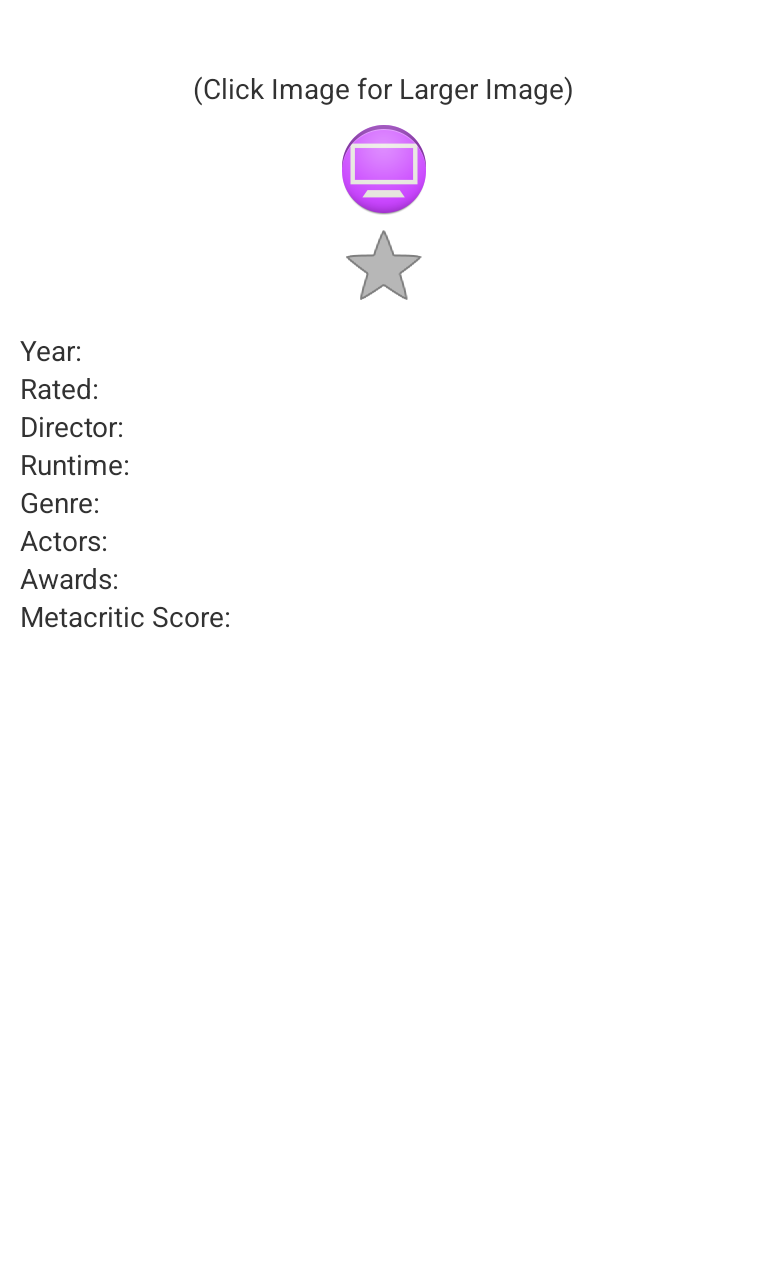
Repository: laurenelder/Java2_Elder
Layout: MovieLookup/res/layout/detail_layout.xml
The author's editor kept a copy of each file at every save. The layout is drawn from the files as they stood at one save, then again after the next save.
It is drawn on a 768 x 1280 px phone screen (xhdpi) without system bars, with theme AppTheme; the app's code is not run.

Above is the layout before, as saved 2014-07-17 17:46:32.

### MovieLookup/res/layout/detail_layout.xml
<?xml version="1.0" encoding="utf-8"?>

<ScrollView xmlns:android="http://schemas.android.com/apk/res/android"
    android:layout_width="match_parent"
    android:layout_height="match_parent">

<LinearLayout
    android:layout_width="match_parent"
    android:layout_height="wrap_content"
    android:orientation="vertical" >

    <TextView
        android:id="@+id/movieTitle"
        android:layout_width="wrap_content"
        android:layout_height="wrap_content"
        android:layout_gravity="center"
        android:gravity="center"
        android:layout_marginTop="5dp"
        android:text=""
        android:textAppearance="?android:attr/textAppearanceLarge" />

    <TextView
        android:id="@+id/imageHint"
        android:layout_width="wrap_content"
        android:layout_height="wrap_content"
        android:layout_gravity="center"
        android:gravity="center"
        android:layout_marginTop="0dp"
        android:text="@string/image_hint"
        android:textAppearance="?android:attr/textAppearanceSmall" />

    <ImageView
        android:id="@+id/movieImage"
        android:layout_width="wrap_content"
        android:layout_height="wrap_content"
        android:layout_gravity="center"
        android:layout_marginTop="7dp"
        android:src="@drawable/ic_launcher"
        android:clickable="true"
        android:contentDescription="@string/image_desciption" />

    <RatingBar
	    android:id="@+id/ratingBar"
	    android:layout_width="wrap_content"
	    android:layout_height="wrap_content"
	    android:layout_gravity="center"
        android:numStars="1"
	    android:stepSize="1.0"
	    android:rating="0.0" />

    <RelativeLayout
        android:layout_width="match_parent"
        android:layout_height="wrap_content"
        android:layout_marginTop="0dp" >

        <TextView
            android:id="@+id/yearLabel"
            android:layout_width="wrap_content"
            android:layout_height="wrap_content"
            android:layout_marginLeft="10dp"
            android:layout_alignParentLeft="true"
            android:layout_alignParentTop="true"
            android:text="@string/year_str" />

        <TextView
            android:id="@+id/movieYear"
            android:layout_width="220dp"
            android:layout_height="wrap_content"
            android:layout_marginRight="10dp"
            android:layout_alignParentRight="true"
            android:layout_alignParentTop="true"
            android:text="" />

    </RelativeLayout>

    <RelativeLayout
        android:layout_width="match_parent"
        android:layout_height="wrap_content"
        android:layout_marginTop="0dp" >

        <TextView
            android:id="@+id/ratingLabel"
            android:layout_width="wrap_content"
            android:layout_height="wrap_content"
            android:layout_marginLeft="10dp"
            android:layout_alignParentLeft="true"
            android:layout_alignParentTop="true"
            android:text="@string/rated_str" />

        <TextView
            android:id="@+id/movieRating"
            android:layout_width="220dp"
            android:layout_height="wrap_content"
            android:layout_marginRight="10dp"
            android:layout_alignParentRight="true"
            android:layout_alignParentTop="true"
            android:text="" />

    </RelativeLayout>

    <RelativeLayout
        android:layout_width="match_parent"
        android:layout_height="wrap_content"
        android:layout_marginTop="0dp" >

        <TextView
            android:id="@+id/directorLabel"
            android:layout_width="wrap_content"
            android:layout_height="wrap_content"
            android:layout_marginLeft="10dp"
            android:layout_alignParentLeft="true"
            android:layout_alignParentTop="true"
            android:text="@string/director_str" />

        <TextView
            android:id="@+id/movieDirector"
            android:layout_width="220dp"
            android:layout_height="wrap_content"
            android:layout_marginRight="10dp"
            android:layout_alignParentRight="true"
            android:layout_alignParentTop="true"
            android:text="" />

    </RelativeLayout>

    <RelativeLayout
        android:layout_width="match_parent"
        android:layout_height="wrap_content"
        android:layout_marginTop="0dp" >

        <TextView
            android:id="@+id/runtimeLabel"
            android:layout_width="wrap_content"
            android:layout_height="wrap_content"
            android:layout_marginLeft="10dp"
            android:layout_alignParentLeft="true"
            android:layout_alignParentTop="true"
            android:text="@string/runtime_str" />

        <TextView
            android:id="@+id/movieRuntime"
            android:layout_width="220dp"
            android:layout_height="wrap_content"
            android:layout_marginRight="10dp"
            android:layout_alignParentRight="true"
            android:layout_alignParentTop="true"
            android:text="" />

    </RelativeLayout>

    <RelativeLayout
        android:layout_width="match_parent"
        android:layout_height="wrap_content"
        android:layout_marginTop="0dp" >

        <TextView
            android:id="@+id/genreLabel"
            android:layout_width="wrap_content"
            android:layout_height="wrap_content"
            android:layout_marginLeft="10dp"
            android:layout_alignParentLeft="true"
            android:layout_alignParentTop="true"
            android:text="@string/genre_str" />

        <TextView
            android:id="@+id/movieGenre"
            android:layout_width="220dp"
            android:layout_height="wrap_content"
            android:layout_marginRight="10dp"
            android:layout_alignParentRight="true"
            android:layout_alignParentTop="true"
            android:text="" />

    </RelativeLayout>

    <RelativeLayout
        android:layout_width="match_parent"
        android:layout_height="wrap_content"
        android:layout_marginTop="0dp" >

        <TextView
            android:id="@+id/actorLabel"
            android:layout_width="wrap_content"
            android:layout_height="wrap_content"
            android:layout_marginLeft="10dp"
            android:layout_alignParentLeft="true"
            android:layout_alignParentTop="true"
            android:text="@string/actor_str" />

        <TextView
            android:id="@+id/movieActor"
            android:layout_width="220dp"
            android:layout_height="wrap_content"
            android:layout_marginRight="10dp"
            android:layout_alignParentRight="true"
            android:layout_alignParentTop="true"
            android:text="" />

    </RelativeLayout>

    <RelativeLayout
        android:layout_width="match_parent"
        android:layout_height="wrap_content"
        android:layout_marginTop="0dp" >

        <TextView
            android:id="@+id/awardsLabel"
            android:layout_width="wrap_content"
            android:layout_height="wrap_content"
            android:layout_marginLeft="10dp"
            android:layout_alignParentLeft="true"
            android:layout_alignParentTop="true"
            android:text="@string/awards_str" />

        <TextView
            android:id="@+id/movieAwards"
            android:layout_width="220dp"
            android:layout_height="wrap_content"
            android:layout_marginRight="10dp"
            android:layout_alignParentRight="true"
            android:layout_alignParentTop="true"
            android:text="" />

    </RelativeLayout>

    <RelativeLayout
        android:layout_width="match_parent"
        android:layout_height="wrap_content"
        android:layout_marginTop="0dp" >

        <TextView
            android:id="@+id/scoreLabel"
            android:layout_width="wrap_content"
            android:layout_height="wrap_content"
            android:layout_marginLeft="10dp"
            android:layout_alignParentLeft="true"
            android:layout_alignParentTop="true"
            android:text="@string/score_str" />

        <TextView
            android:id="@+id/movieScore"
            android:layout_width="220dp"
            android:layout_height="wrap_content"
            android:layout_marginRight="10dp"
            android:layout_alignParentRight="true"
            android:layout_alignParentTop="true"
            android:text="" />

    </RelativeLayout>

    <TextView
        android:id="@+id/moviePlot"
        android:layout_width="wrap_content"
        android:layout_height="wrap_content"
        android:layout_marginTop="7dp"
        android:layout_marginRight="10dp"
        android:layout_marginLeft="10dp"
        android:layout_gravity="center"
        android:gravity="center"
        android:text="" />

</LinearLayout>

</ScrollView>

### MovieLookup/res/values/strings.xml
<?xml version="1.0" encoding="utf-8"?>

<!-- MovieLookup -->
<!-- com.laurenelder.movielookup -->
<!-- Devin "Lauren" Elder -->
<!-- Jul 9, 2014 -->
<!-- Java 2 Term 1407 -->

<resources>

    <string name="app_name">Movie Lookup</string>
    <string name="hello_world">Hello world!</string>
    <string name="action_settings">Settings</string>
    <string name="title_text">Search to find all the information on your favorite movies!</string>
    <string name="button_text">Find!</string>
    <string name="search_hint">Star Trek</string>
    <string name="main_api">http://www.omdbapi.com/?s=Star%20Trek_r=JSON</string>
    <string name="pre_detail_api">http://www.omdbapi.com/?i=</string>
    <string name="post_detail_api">_r=JSON</string>
    <string name="input_notification">Please enter a movie you would like to search for.</string>
    <string name="connection_notification">Connection Error: Please check to make sure you have an internet connection.</string>
    <string name="searching_notification">We are searching for your movie</string>
    <string name="details_notification">We are finding the details for your movie</string>
    <string name="file_name">apiJSONdata.txt</string>
    <string name="detail_file_name">.txt</string>
    <string name="n_a">Not Applicable</string>
    <string name="year_str">Year:</string>
    <string name="rated_str">Rated:</string>
    <string name="released_str">Date Released:</string>
    <string name="runtime_str">Runtime:</string>
    <string name="genre_str">Genre:</string>
    <string name="director_str">Director:</string>
    <string name="actor_str">Actors:</string>
    <string name="awards_str">Awards:</string>
    <string name="score_str">Metacritic Score:</string>
    <string name="image_hint">(Click Image for Larger Image)</string>
    <string name="image_desciption">Movie Poster</string>

</resources>

Loaded but not shown: MovieLookup/res/values/styles.xml (common file); MovieLookup/res/values-v11/styles.xml (common file); MovieLookup/res/values-v14/styles.xml (common file)

After the next save:
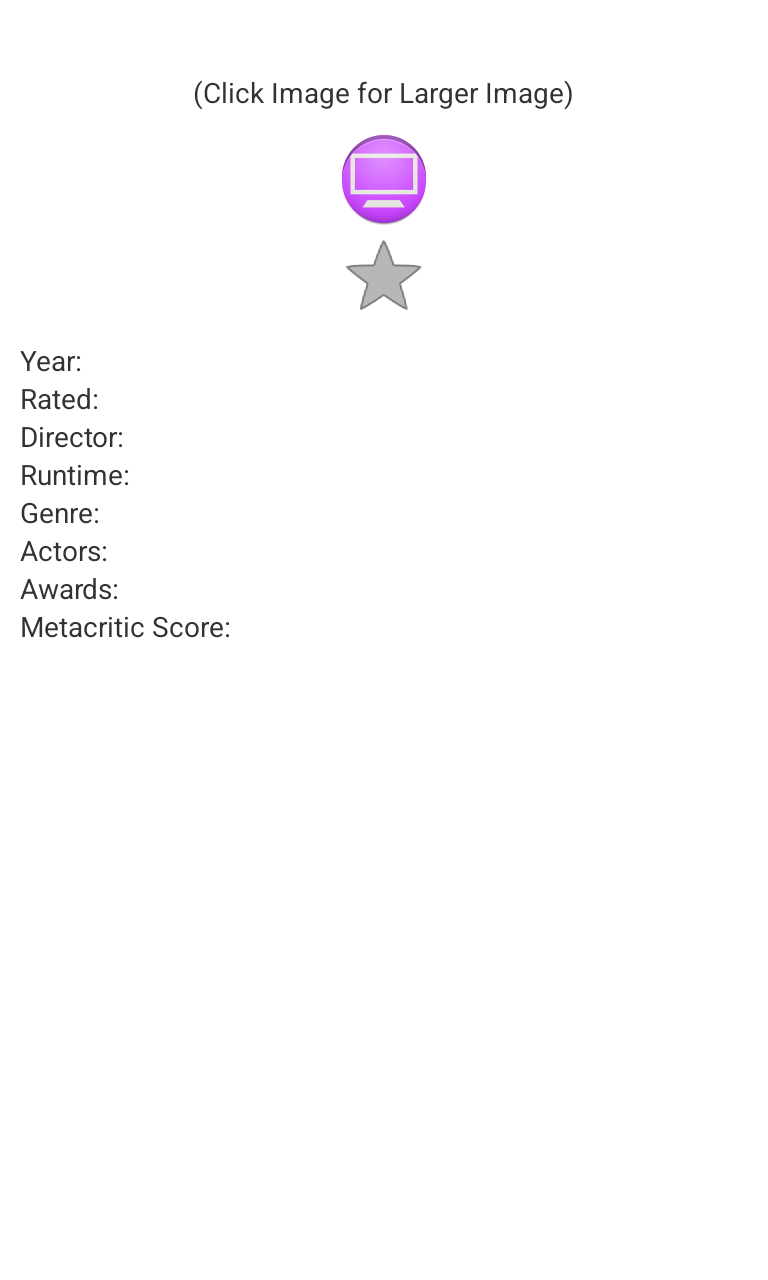
Saved 84 s later.
--- a/MovieLookup/res/layout/detail_layout.xml
+++ b/MovieLookup/res/layout/detail_layout.xml
@@ -15,7 +15,7 @@
         android:layout_height="wrap_content"
         android:layout_gravity="center"
         android:gravity="center"
-        android:layout_marginTop="5dp"
+        android:layout_marginTop="7dp"
         android:text=""
         android:textAppearance="?android:attr/textAppearanceLarge" />
 
@@ -34,7 +34,7 @@
         android:layout_width="wrap_content"
         android:layout_height="wrap_content"
         android:layout_gravity="center"
-        android:layout_marginTop="7dp"
+        android:layout_marginTop="10dp"
         android:src="@drawable/ic_launcher"
         android:clickable="true"
         android:contentDescription="@string/image_desciption" />
